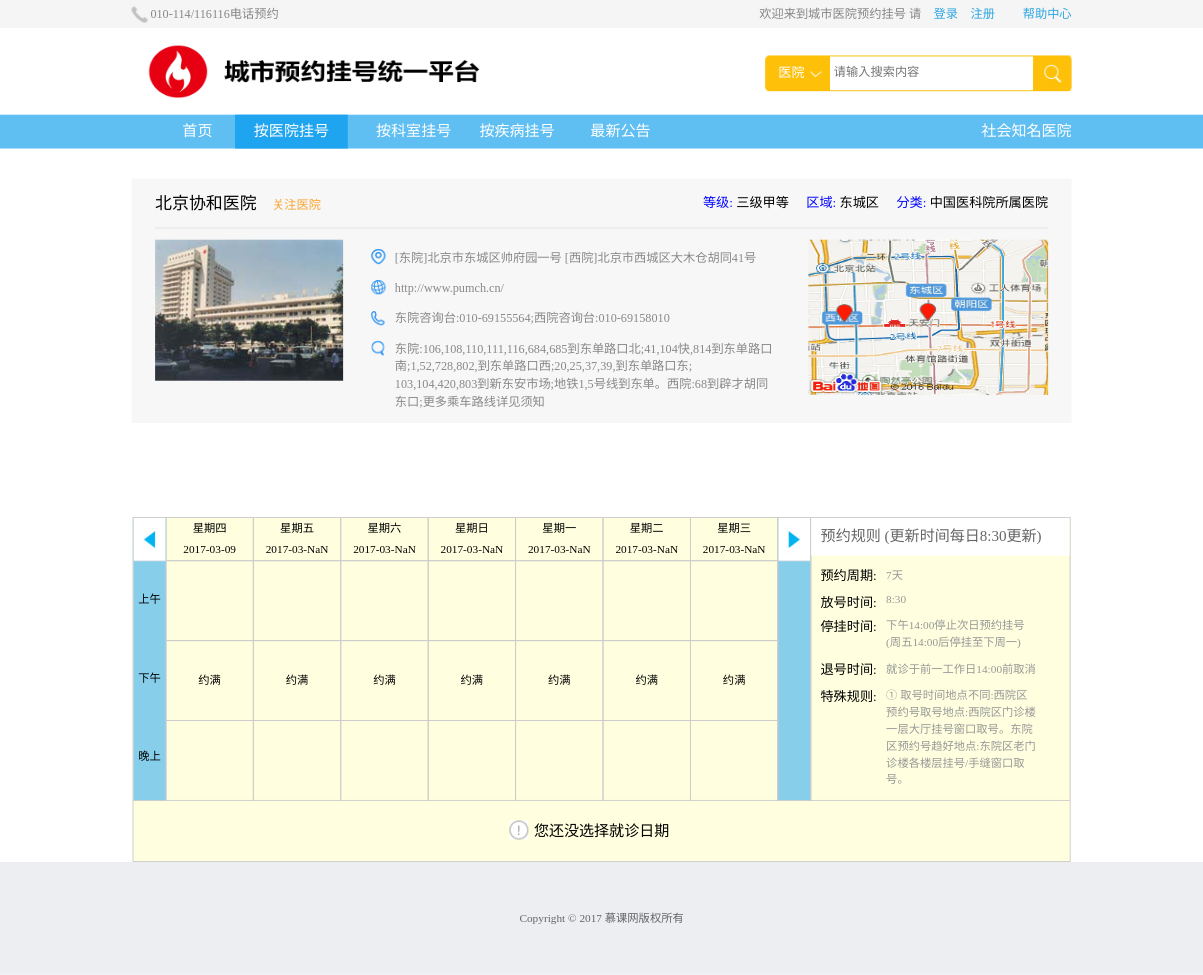
Repository: ScarApocalypse/study
Page: 挂号平台/scheduling.html
These files come from the project's save history. The page is drawn as it stood at one moment and after the next save; the edit follows.
The browser window is 1280 px wide. The pictures show the whole page, at 94% of full size.

Above is the page before, as saved 2019-02-17 18:15:36.

After the next save:
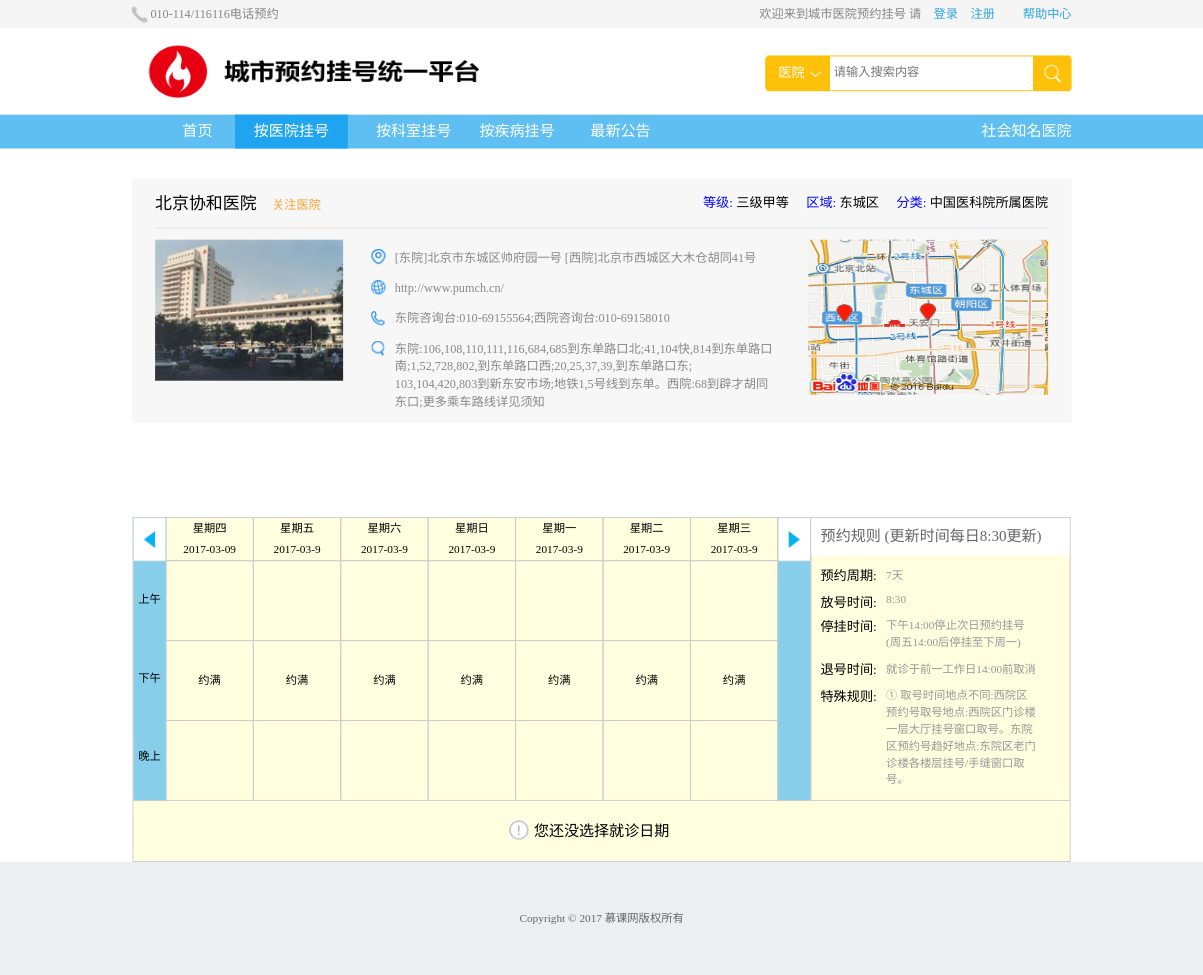
Saved 9 s later.
--- a/挂号平台/js/scheduling.js
+++ b/挂号平台/js/scheduling.js
@@ -4,7 +4,7 @@
     var days=["星期日","星期一","星期二","星期三","星期四","星期五","星期六"]
     var newItem=scheduleItem.eq(0).clone();
         var month=newItem.html().split("-")[1];
-        var day=parseInt(newItem.html().split("-")[2].split("<")[0])+i+1;
+        var day=parseInt(newItem.html().split("-")[2].split("<")[0]);
     for(var i=0;i<10;i++){
         var date=days[(i+5)%7];
 
